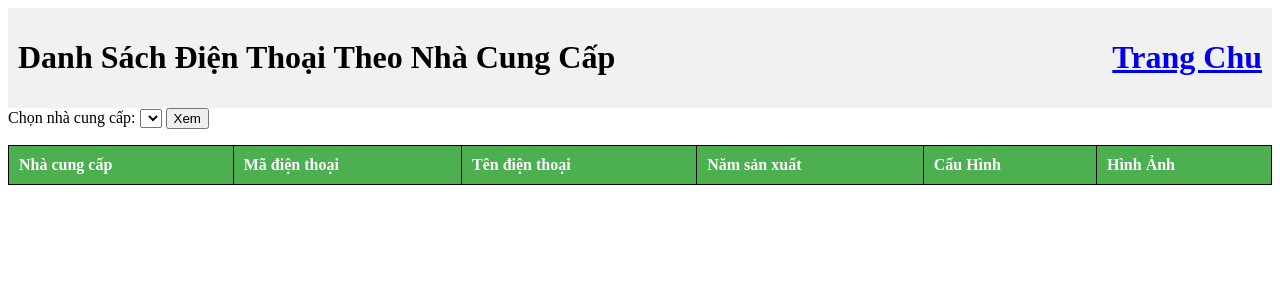
Repository: ducvu2414/WWW_OnGK
Page: http://localhost/Bai1/DanhSachDienThoaiNCC
These files come from the project's save history. The page is drawn as it stood at one moment and after a run of saves; the edit follows.
The browser window is 1280 px wide. The pictures show the whole page.
The page is served by Tomcat 10. Queries for data that is not in the repository find no rows.

Above is the page before, as saved 2024-10-05 05:44:49.

After the next 2 saves:
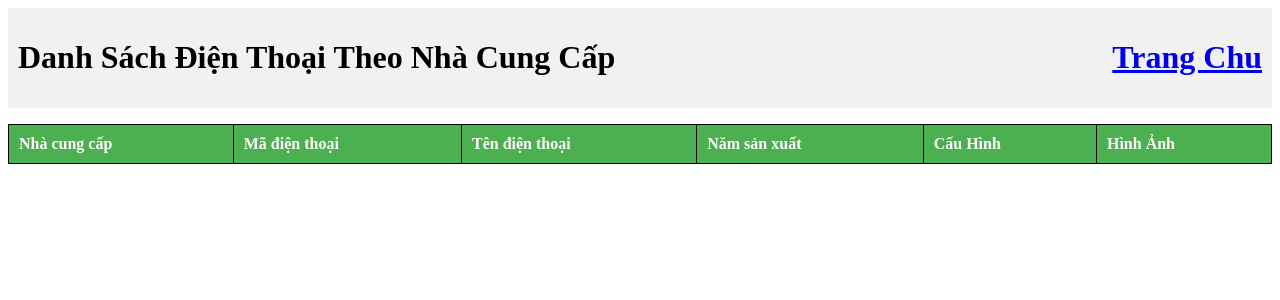
The 2 saves are shown as one change because they came seconds apart.
The last was saved 7 s later.
--- a/Bai1/src/main/webapp/DanhSachDienThoaiNCC.jsp
+++ b/Bai1/src/main/webapp/DanhSachDienThoaiNCC.jsp
@@ -49,15 +49,9 @@ th {
 
 	<div>
 		<form
-			action="${pageContext.request.contextPath}/DanhSachDienThoaiNCCServlet"
+			action=""
 			method="GET">
-			<label for="nhaCungCap">Chọn nhà cung cấp:</label> <select
-				name="nhaCungCap">
-				<c:forEach var="ncc" items="${nhaCungCaps}">
-					<option value="${ncc.id}">${ncc.tenNCC}</option>
-				</c:forEach>
-			</select>
-			<button type="submit">Xem</button>
+
 		</form>
 	</div>
 
